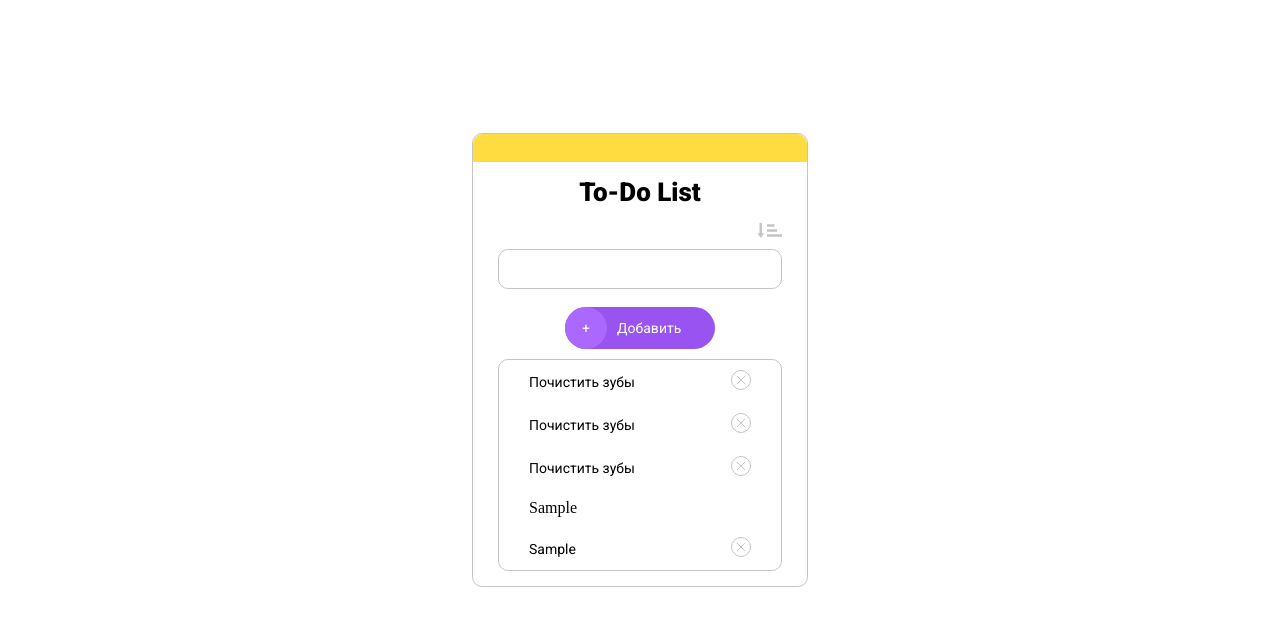
Repository: PoladEziz/Task-15
Page: index.html
These files come from the project's save history. The page is drawn as it stood at one moment and after a run of saves; the edit follows.
The browser window is 1280 px wide. The pictures show the whole page.
Empty fields were first filled with sample values (such as "Sample", 5 or name@example.com).
After loading, the first visible `button.add-btn` was clicked once.
The style sheet was rebuilt from its Sass, Less or Tailwind sources for each picture, by a compiler version that may differ from the author's.

Above is the page before, as saved 2023-08-10 16:09:15.

### index.html
<!DOCTYPE html>
<html lang="en">
<head>
    <meta charset="UTF-8">
    <meta name="viewport" content="width=device-width, initial-scale=1.0">
    <title>Document</title>
    <link rel="stylesheet" href="./index.css">
</head>
<body>
    <div class="main">
        <div class="box">
            <div class="box-top"></div>
            <div class="box-bottom">
                <h1>To-Do List</h1>
                <form action="">
                    <img src="./img/Group 38 (1).png" alt="">
                    <input type="text">
                    <button class="add-btn"><div>+</div><p>Добавить</p></button>
              <span> Zehmet olmasa deyer elave edin</span>
                </form>
                <ul>
                    <li>
                        <p>Почистить зубы</p>
                        <button class="remove-btn">
                            <svg xmlns="http://www.w3.org/2000/svg" width="20" height="20" viewBox="0 0 20 20" fill="none">
                                <rect x="0.5" y="0.5" width="19" height="19" rx="9.5" stroke="#C4C4C4"/>
                                <path d="M6 6L14 14" stroke="#C4C4C4"/>
                                <path d="M6 14L14 6" stroke="#C4C4C4"/>
                                </svg>
                        </button>
                    </li>
                    <li>
                        <p>Почистить зубы</p>
                        <button class="remove-btn">
                            <svg xmlns="http://www.w3.org/2000/svg" width="20" height="20" viewBox="0 0 20 20" fill="none">
                                <rect x="0.5" y="0.5" width="19" height="19" rx="9.5" stroke="#C4C4C4"/>
                                <path d="M6 6L14 14" stroke="#C4C4C4"/>
                                <path d="M6 14L14 6" stroke="#C4C4C4"/>
                                </svg>
                        </button>
                    </li>   <li>
                        <p>Почистить зубы</p>
                        <button class="remove-btn">
                            <svg xmlns="http://www.w3.org/2000/svg" width="20" height="20" viewBox="0 0 20 20" fill="none">
                                <rect x="0.5" y="0.5" width="19" height="19" rx="9.5" stroke="#C4C4C4"/>
                                <path d="M6 6L14 14" stroke="#C4C4C4"/>
                                <path d="M6 14L14 6" stroke="#C4C4C4"/>
                                </svg>
                        </button>
                    </li>
                </ul>

            </div>
        </div>
    </div>

</body>
<script src="./index.js"></script>
</html>

### index.js
let input = document.querySelector("input");
let addBtn = document.querySelector(".add-btn");
let ul = document.querySelector("ul");
let errorMsj = document.querySelector("span");
addBtn.addEventListener("click", addList);

function addList(e) {
  e.preventDefault();
  console.log(input.value);
  if (input.value) {
    errorMsj.style.display = "none";
    let li = document.createElement("li");
    li.innerText = input.value;
    ul.style.display = "flex";
    ul.append(li);

    ul.innerHTML += `<li>
<p>${input.value}</p>
<button class="remove-btn">
    <svg xmlns="http://www.w3.org/2000/svg" width="20" height="20" viewBox="0 0 20 20" fill="none">
        <rect x="0.5" y="0.5" width="19" height="19" rx="9.5" stroke="#C4C4C4"/>
        <path d="M6 6L14 14" stroke="#C4C4C4"/>
        <path d="M6 14L14 6" stroke="#C4C4C4"/>
        </svg>
</button>
</li>
`;

    input.value = "";
  } else {
    errorMsj.style.display = "inline";
  }
}

### index.scss
@import url("https://fonts.googleapis.com/css2?family=Roboto:wght@400;900&display=swap");
* {
  margin: 0;
  padding: 0;
  box-sizing: border-box;
}
.main {
  width: 100%;
  height: 100vh;
  display: flex;
  align-items: center;
  justify-content: center;
  .box {
    width: 336px;
    /* min-height: 236px; */
    border-radius: 10px;
    border: 1px solid #c4c4c4;
    background: rgba(196, 196, 196, 0);
    .box-top {
      width: 100%;
      height: 28px;
      background-color: #ffdc40;
      border-top-left-radius: 10px;
      border-top-right-radius: 10px;
    }
    .box-bottom {
      width: 100%;
      padding: 15px 25px;

      h1 {
        margin-bottom: 16px;
        color: #000;
        text-align: center;
        font-family: Roboto;
        font-size: 26px;
        font-style: normal;
        font-weight: 900;
        line-height: normal;
        text-transform: capitalize;
      }
      form {
        display: flex;
        flex-direction: column;
        align-items: center;
        img {
          width: 25px;
          height: 15px;
          margin-left: auto;
          margin-bottom: 11px;
        }
        input {
          width: 100%;
          height: 40px;
          padding-left: 10px;
          padding-right: 10px;
          margin-bottom: 18px;
          border-radius: 10px;
          border: 1px solid #c4c4c4;
          background: rgba(196, 196, 196, 0);
          color: #000;
          font-family: Roboto;
          font-size: 14px;
          font-style: normal;
          font-weight: 400;
          line-height: normal;
        }
        button {
          width: 150px;
          height: 42px;
          background-color: #9953f1;
          border: none;
          border-radius: 71px;
          display: flex;
          align-items: center;
          p {
            margin-left: 10px;
            color: #ffff;
            text-align: center;
            font-family: Roboto;
            font-size: 14px;
            font-style: normal;
            font-weight: 400;
            line-height: normal;
          }
          div {
            width: 42px;
            height: 42px;
            border-radius: 50%;
            display: flex;
            align-items: center;
            justify-content: center;
            color: #fff;
            text-align: center;
            font-family: Roboto;
            font-size: 14px;
            font-style: normal;
            font-weight: 400;
            line-height: normal;
            background-color: #aa68fe;
          }
        }
        span{
          margin-top: 10px;
          color: red;
          font-family: Roboto;
          font-size: 14px;
          font-style: normal;
          font-weight: 400;
          line-height: normal;
          display: none;
        }
      }
      ul {
        margin-top: 10px;
        padding: 10px 30px;
        border-radius: 10px;
        border: 1px solid #c4c4c4;
        background: rgba(196, 196, 196, 0);
        display: flex;
        flex-direction: column;
        gap: 20px;
        /* display: none; */
        li {
          list-style-type: none;
          display: flex;
          justify-content: space-between;
          align-items: center;
          p{
            color: #000;
            font-family: Roboto;
            font-size: 14px;
            font-style: normal;
            font-weight: 400;
            line-height: normal;
          }
.remove-btn{
  border: none;
  background: none;
}
        }
      }
    }
  }
}

After the next 2 saves:
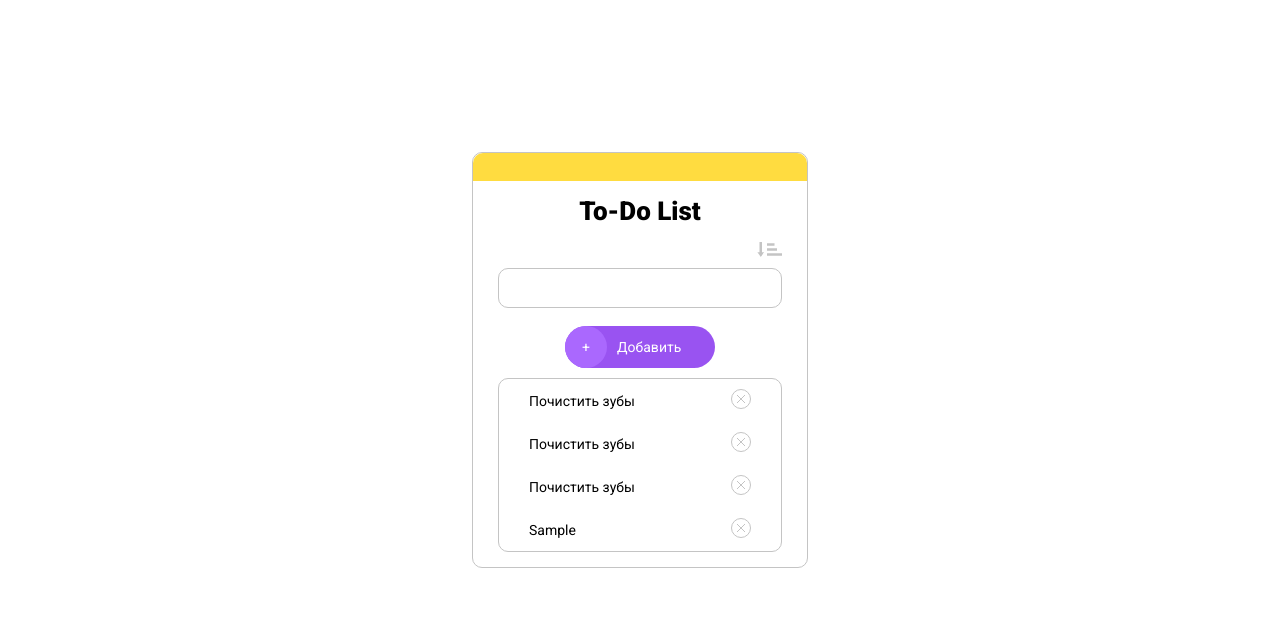
The 2 saves are shown as one change because they came seconds apart.
The last was saved 10 s later.
--- a/index.js
+++ b/index.js
@@ -9,11 +9,10 @@ function addList(e) {
   console.log(input.value);
   if (input.value) {
     errorMsj.style.display = "none";
-    let li = document.createElement("li");
-    li.innerText = input.value;
-    ul.style.display = "flex";
-    ul.append(li);
-
+    // let li = document.createElement("li");
+    // li.innerText = input.value;
+    // ul.style.display = "flex";
+    // ul.append(li);
     ul.innerHTML += `<li>
 <p>${input.value}</p>
 <button class="remove-btn">
